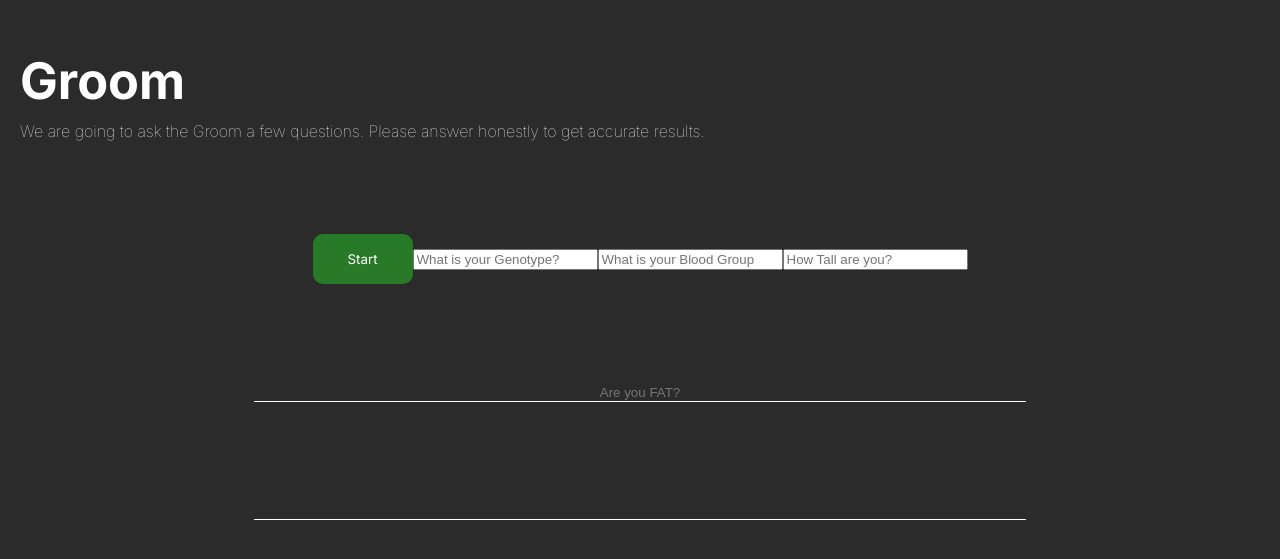
Repository: devhabeeblateef/tictactoe
Page: /
The author's editor kept a copy of each file at every save. The page is drawn from the files as they stood at one save, then again after the next save.
The browser window is 1280 px wide. The pictures show the whole page.
The project was rebuilt for these pictures with package versions that can differ from the ones it lists, and the page was loaded fresh each time. Also part of the build but not shown: src/App.css.

Above is the page before, as saved 2022-06-17 02:17:54.

### src/App.js
import logo from './logo.svg';
import './App.css';
import Form from './Form';

function App() {
  return (
    <div>
      <Form/>
    </div>
  );
}

export default App;

### src/Form.js
import React, {useState, useRef} from 'react'
import classes from './Home.module.css'
import Myform from './Myform'

function Form() {
    const [started, setStarted] = useState(true)
    const [asnwers, setAnswers] = useState(Array(9).fill(null))
    const answer = useRef()
    const maleQuestions = ["What is your Genotype?", "What is your Blood Group",
"How Tall are you?", "Are you FAT?"]
    const start = () => {
        setStarted(false)
    }

  return (
    <div>
        <h1 className={classes.home__header}>
            Groom
        </h1>
        <p className={classes.home__info}>
        We are going to ask the Groom a few questions.
        Please answer honestly to get accurate results.
        </p>
        <center>
        {started ? <button onClick={start} className={classes.start}>
        Start</button> : ""}
        <input placeholder={maleQuestions[0]}/>
        <input placeholder={maleQuestions[1]}/>
        <input placeholder={maleQuestions[2]}/>
        <Myform placeholder={maleQuestions[3]}/>
        <Myform placeholder={maleQuestions[4]}/>
        </center>
    </div>
  )
}

export default Form

### src/Home.module.css
@import url('https://fonts.googleapis.com/css2?family=Inter:wght@100;200;300;400;500;600;700;800;900&display=swap');

body
{
    background-color: #2b2b2b;
    color: #fff;
}

.home__header
{
    margin:50px 20px;
    font-size: 5ch;
    font-family: 'Inter', sans-serif;
    font-weight: bold;
}

.home__info
{
    font-family: 'Inter', sans-serif;
    font-weight: 100;
    margin: -40px 20px;
}

img
{
    width: 350px;
}

.button
{
    margin: 50px 20px;
}


.button__one
{
    background-color: #23A6FD;
    border-radius: 60px;
    border: none;
    padding:8px 30px;
    color: white;
    margin-right: 10px;
    font-family: 'Montserrat', sans-serif;
    cursor: pointer;
}

.button__two
{
    margin-left: 10px;
    background-color: transparent;
    border-radius: 60px;
    padding: 8px 30px;
    border: 2px solid #fff;
    color: white;
    font-family: 'Montserrat', sans-serif;
    cursor: pointer;
}

@media (max-width:400px){
.button__two
{
    margin: 20px 0;
    border-radius: 60px;

}
}

a
{
    color: #fff;
    text-decoration: none;
}

a:hover
{
    color: white;
}

.start
{
    background-color: rgb(40, 122, 40);
    border: none;
    color: #fff;
    border-radius: 10px;
    padding: 10px;
    width: 100px;
    font-family: 'Inter', sans-serif;
    height: 50px;
    margin-top: 10em;
}

.questions
{
    margin-top: 100px;
    background: none;
    border: none;
    border-bottom: 1px solid #fff;
    width: 60%;
    outline: none;
    color: #fff;
    text-align: center;
}

### src/Myform.js
import React, {useRef} from 'react'
import classes from './Home.module.css'

function Myform({placeholder}) {

  return (
    <div>
    <form>
        <input className={classes.questions} placeholder={placeholder}  />
    </form>
    </div>
  )
}

export default Myform

Loaded but not shown: src/index.js (common file); src/index.css (common file); src/reportWebVitals.js (common file)

After the next save:
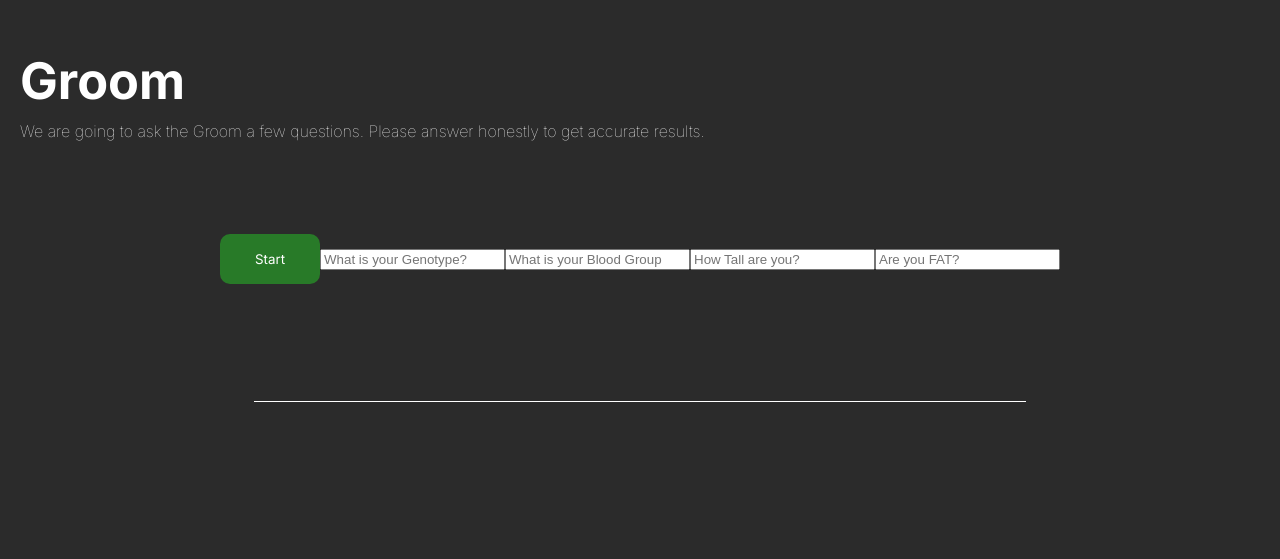
Saved 5 s later.
--- a/src/Form.js
+++ b/src/Form.js
@@ -27,7 +27,7 @@ function Form() {
         <input placeholder={maleQuestions[0]}/>
         <input placeholder={maleQuestions[1]}/>
         <input placeholder={maleQuestions[2]}/>
-        <Myform placeholder={maleQuestions[3]}/>
+        <input placeholder={maleQuestions[3]}/>
         <Myform placeholder={maleQuestions[4]}/>
         </center>
     </div>
